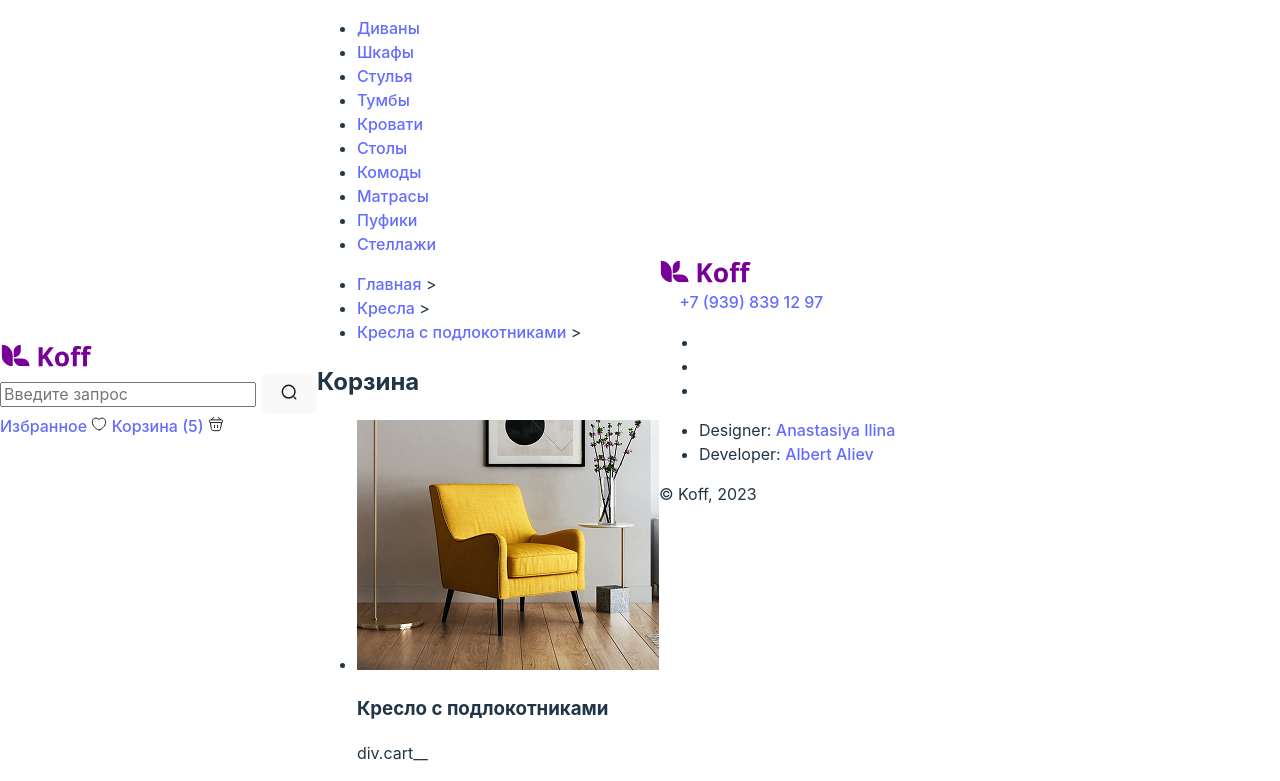
Repository: Albert24-Front-end/Koff-2-Test
Page: /
The author's editor kept a copy of each file at every save. The page is drawn from the files as they stood at one save, then again after the next save.
The browser window is 1280 px wide. The pictures show the whole page.
The project was rebuilt for these pictures with package versions that can differ from the ones it lists, and the page was loaded fresh each time. Also part of the build but not shown: vite.config.js.

Above is the page before, as saved 2025-02-21 13:29:10.

After the next save:
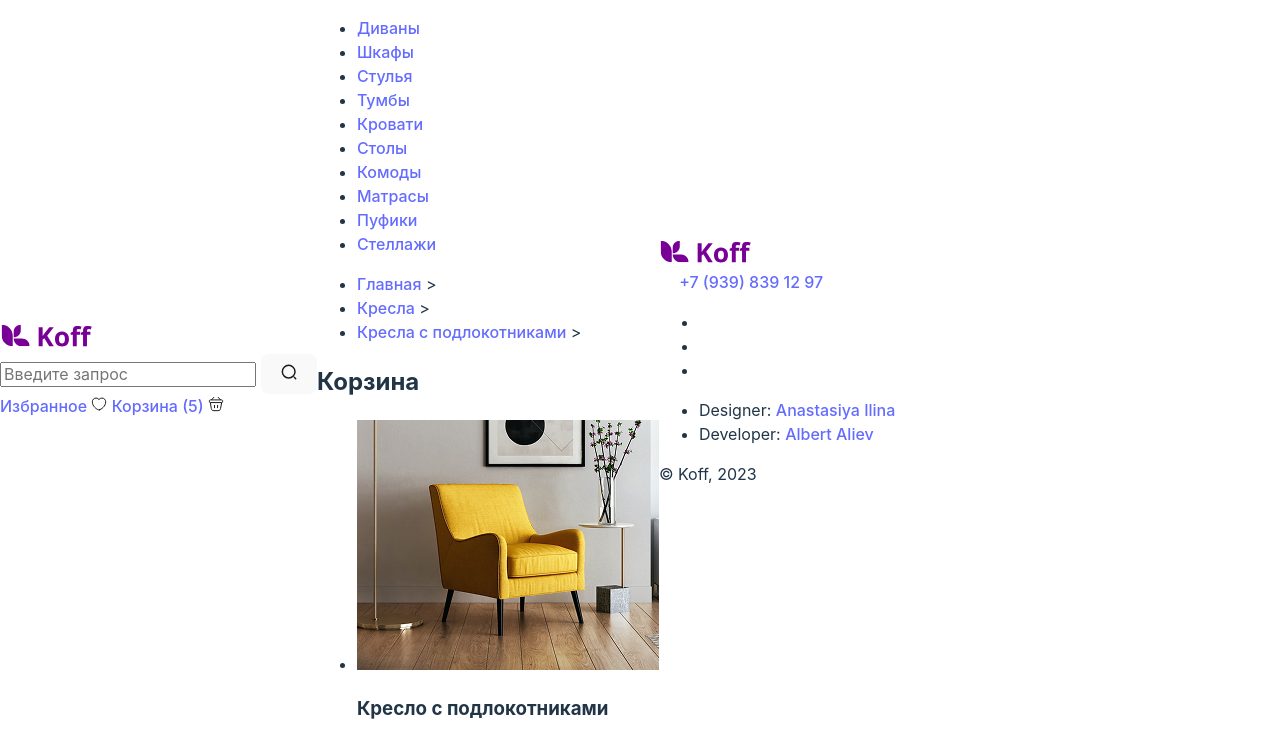
Saved 5 s later.
--- a/index.html
+++ b/index.html
@@ -261,7 +261,7 @@
             <li class="cart__product">
               <img src="./public/images/armchair.jpg" alt="Кресло с подлокотниками" class="cart__product-img">
               <h3 class="cart__product-title">Кресло с подлокотниками</h3>
-              div.cart__
+              <div class="cart__product-price"></div>
             </li>
           </ul>
         </div>
